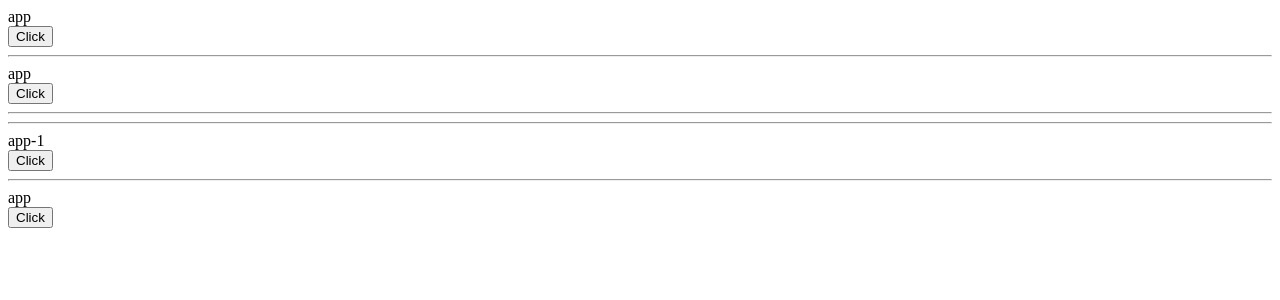
Repository: RyuGeunHwan/code_J
Page: Vuejs/22-08-10 vuejs Vue컴포넌트.html
The author's editor kept a copy of each file at every save. The page is drawn from the files as they stood at one save, then again after the next save.
The browser window is 1280 px wide. The pictures show the whole page.

Above is the page before, as saved 2022-08-10 13:34:36.

### Vuejs/22-08-10 vuejs Vue컴포넌트.html
<!DOCTYPE html>
<html lang="en">
<head>
    <meta charset="UTF-8">
    <meta http-equiv="X-UA-Compatible" content="IE=edge">
    <meta name="viewport" content="width=device-width, initial-scale=1.0">
    <title>Vue 컴포넌트(중복제거)</title>
    <script src="https://cdn.jsdelivr.net/npm/vue/dist/vue.js"></script>
</head>
<body>
    <div id="app">
        {{name}} <br>
        <!-- button을 누르게 되면 #app-1의 name인 app-1이 app updated로 바뀌게된다. Vue인스턴스를 변수에 넣어서 사용하였기 때문에. -->
        <button @click="changeText">Click</button>

        <hr>

        <kossie-button></kossie-button>
    </div>
    <hr><hr>
    <div id="app-1">
        {{name}} <br>
        <button @click="changeText">Click</button>

        <hr>

        <kossie-button></kossie-button>
    </div>
    </div>
    <script>
        //vue인스턴스가 생성되기전에 Vue.component생성
        // 완성된 component는 전역으로 등록이 된것이다.
        Vue.component('kossie-button',{
            //template안에는 html태그가 들어가게된다.
            template:
            //template는 하나의 태그안에 모든게 있어야한다는 vue의 규칙이 있다.
            `
            <div>
                {{name}} <br>
                <button @click="changeText">Click</button>
            </div>
            `,

            //컴포넌트 만들때 함수를 만들어서 Object를 return 해주면 된다.
            data(){
                return{
                    name: 'app'
                }
            },
            methods:{
                changeText(){
                    this.name = 'app updated'
               }
            }
        });
        const app = new Vue({
            el: '#app',
            data:{
              name: 'app'
            },
            methods:{
                changeText(){
                    this.name = 'app updated'
               }
            }
        })

       const app1 = new Vue({
            el: '#app-1',
            data:{
              name: 'app-1'
            },
            methods:{
               changeText(){
                    this.name = 'app-1 updated'
               }
            }
        })
    </script>
</body>
</html>

After the next save:
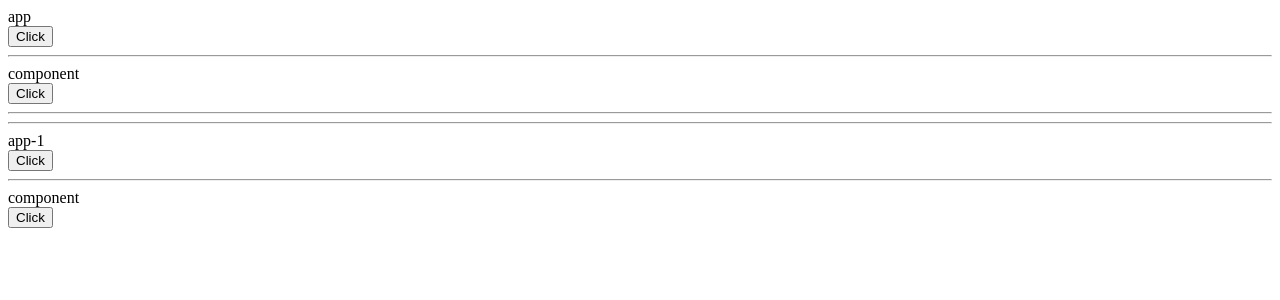
Saved 3 min 3 s later.
--- a/Vuejs/22-08-10 vuejs Vue컴포넌트.html
+++ b/Vuejs/22-08-10 vuejs Vue컴포넌트.html
@@ -33,7 +33,7 @@
         Vue.component('kossie-button',{
             //template안에는 html태그가 들어가게된다.
             template:
-            //template는 하나의 태그안에 모든게 있어야한다는 vue의 규칙이 있다.
+            //template는 하나의 태그안에 모든 콘텐츠들이 있어야한다는 vue의 규칙이 있다.
             `
             <div>
                 {{name}} <br>
@@ -44,7 +44,7 @@
             //컴포넌트 만들때 함수를 만들어서 Object를 return 해주면 된다.
             data(){
                 return{
-                    name: 'app'
+                    name: 'component'
                 }
             },
             methods:{
